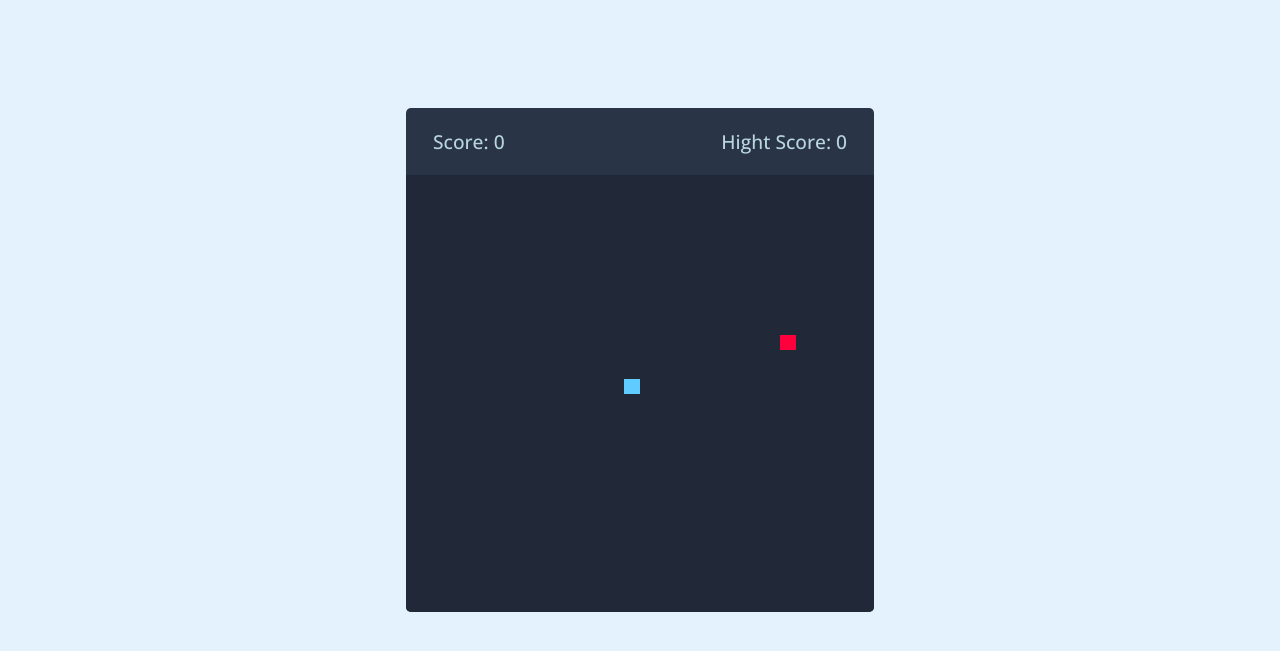
Repository: litaiqiang1407/JS
Page: Snake Game/index.html
These files come from the project's save history. The page is drawn as it stood at one moment and after the next save; the edit follows.
The browser window is 1280 px wide. The pictures show the whole page.
Some icons come from a web library that is not loaded, so they are not drawn.

Above is the page before, as saved 2023-05-17 08:07:05.

After the next save:
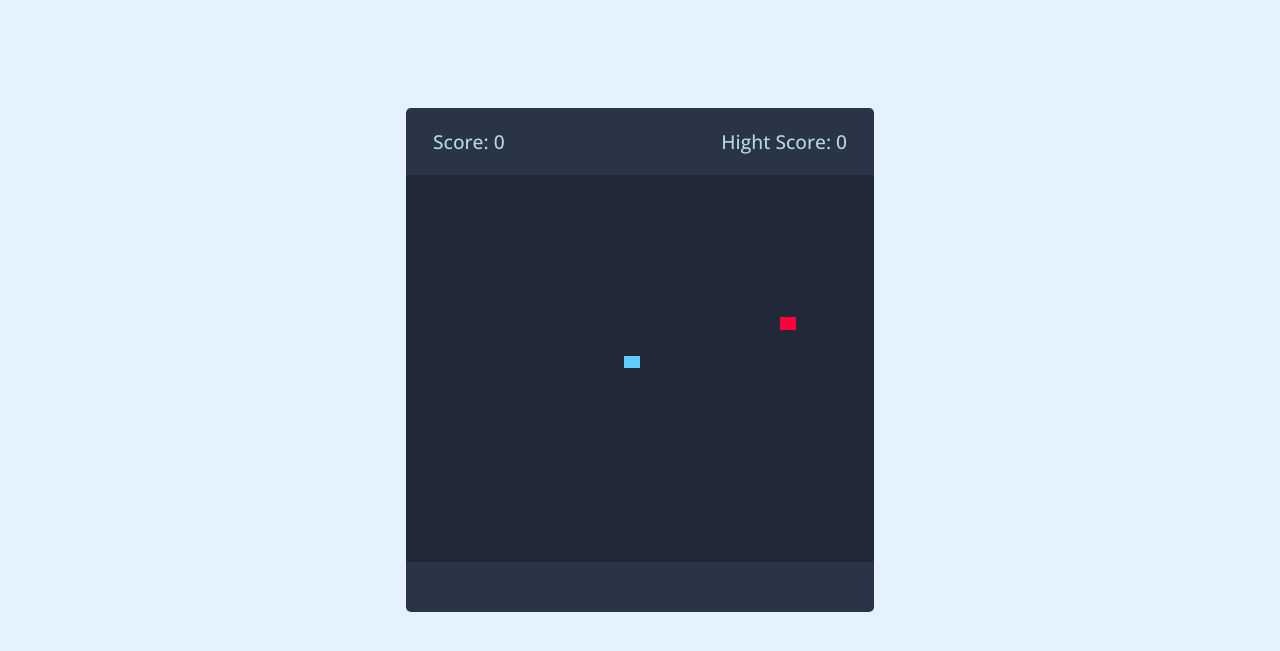
Saved 46 s later.
--- a/Snake Game/style.css
+++ b/Snake Game/style.css
@@ -49,7 +49,13 @@ body {
   background: #60cbff;
 }
 
+.controls {
+  display: flex;
+  justify-content: space-between;
+}
+
 .controls i {
   padding: 25px 0;
   color: #b8d6dc;
+  width: calc(100% / 4);
 }
